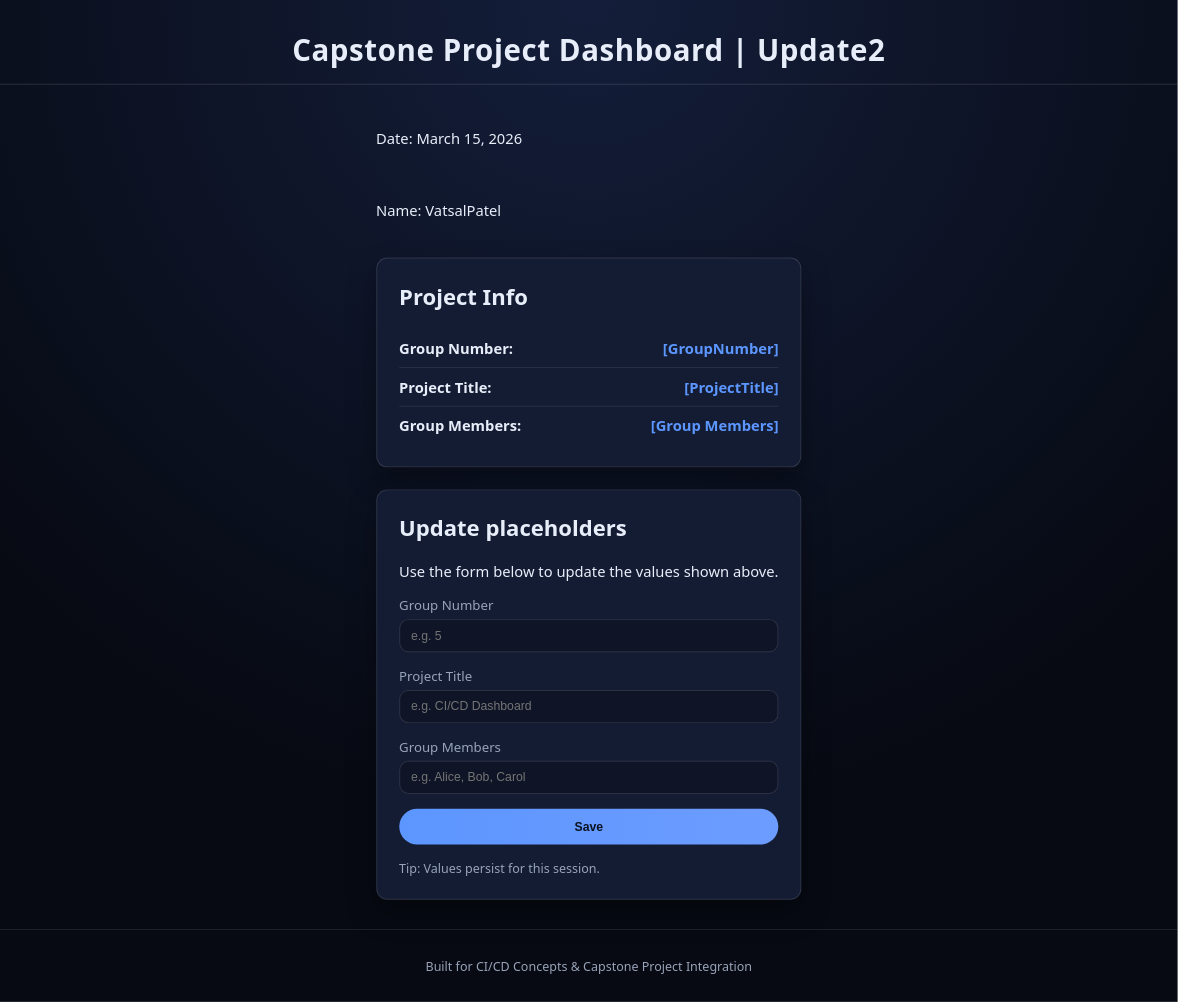
Repository: vatsalpatel3009/GroupNumber6_Cicd
Page: myapp/index.html
An editor plug-in stored every save of this project. The page is shown before and after the next save, followed by the edit.
The browser window is 1280 px wide. The pictures show the whole page, at 92% of full size.

Above is the page before, as saved 2026-03-17 16:54:22.

After the next save:
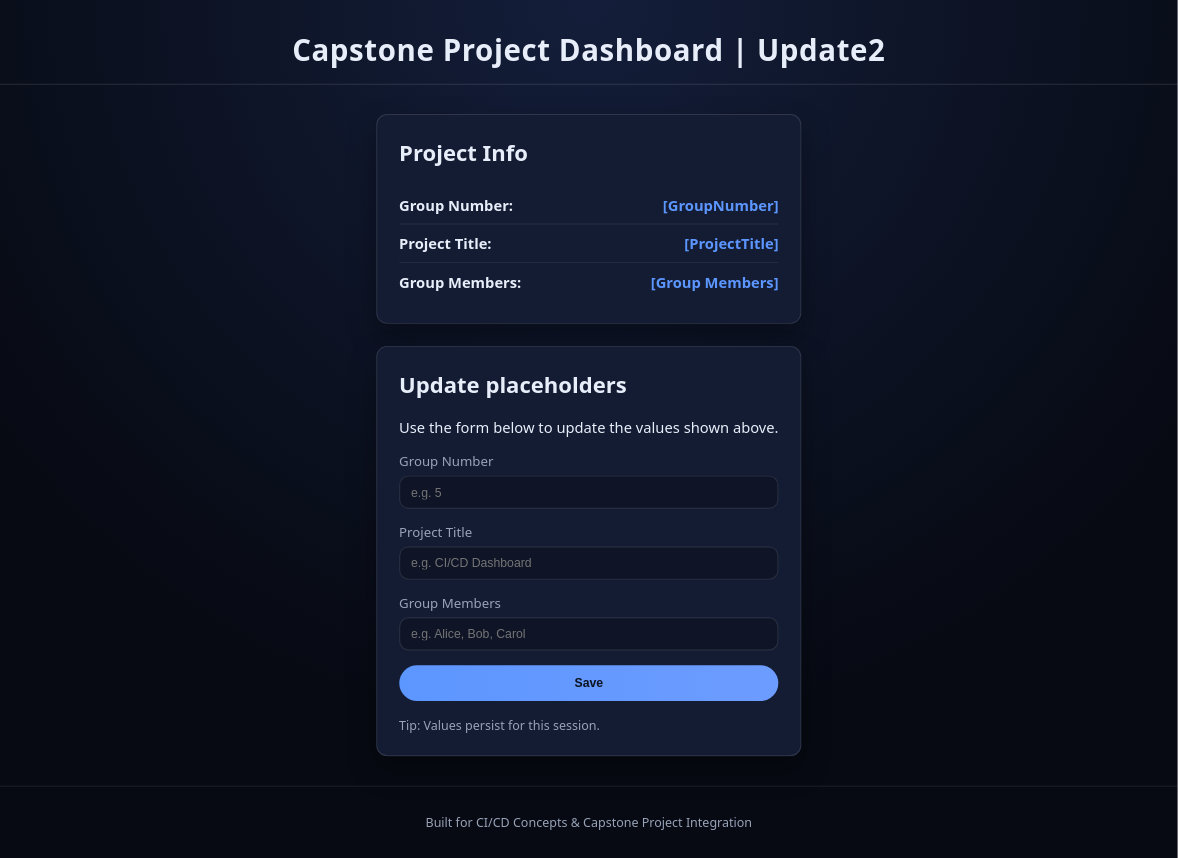
Saved 15 min 40 s later.
--- a/myapp/index.html
+++ b/myapp/index.html
@@ -12,11 +12,6 @@
   </header>
 
   <main class="content">
-      <p>Date: March 15, 2026</p>
-      <p> Name: VatsalPatel</p>
-
-
-
     <section class="card">
       <h2>Project Info</h2>
       <div class="placeholder">
